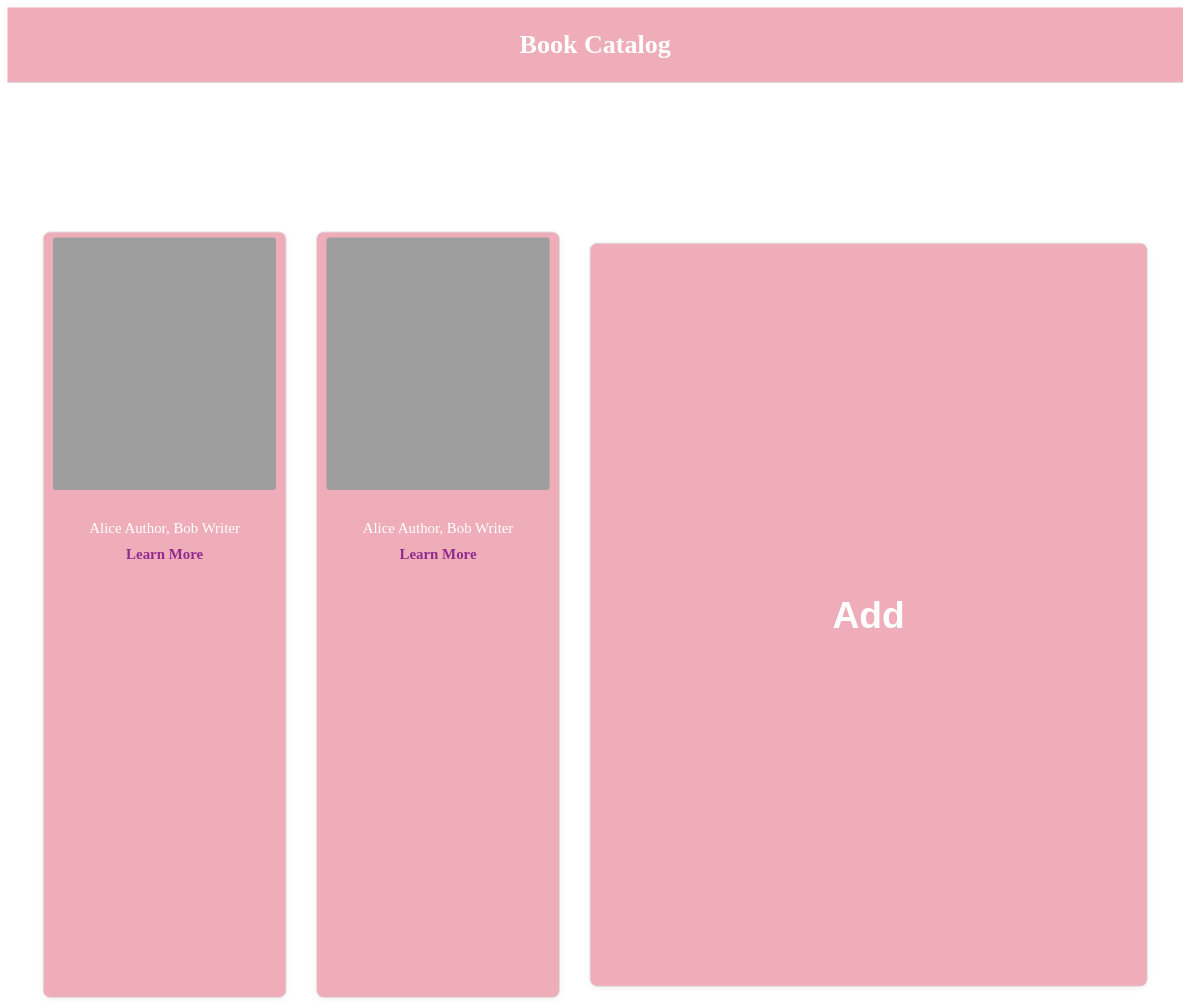
Repository: Micaelavalmores/BookCatalog
Page: /
These files come from the project's save history. The page is drawn as it stood at one moment and after a run of saves; the edit follows.
The browser window is 1280 px wide. The pictures show the whole page, at 93% of full size.
Pictures or frames that could not be fetched are drawn as grey boxes. The project was rebuilt for these pictures with package versions that can differ from the ones it lists, and the page was loaded fresh each time. Also part of the build but not shown: vite.config.js.

Above is the page before, as saved 2025-09-16 23:13:49.

After the next 2 saves:
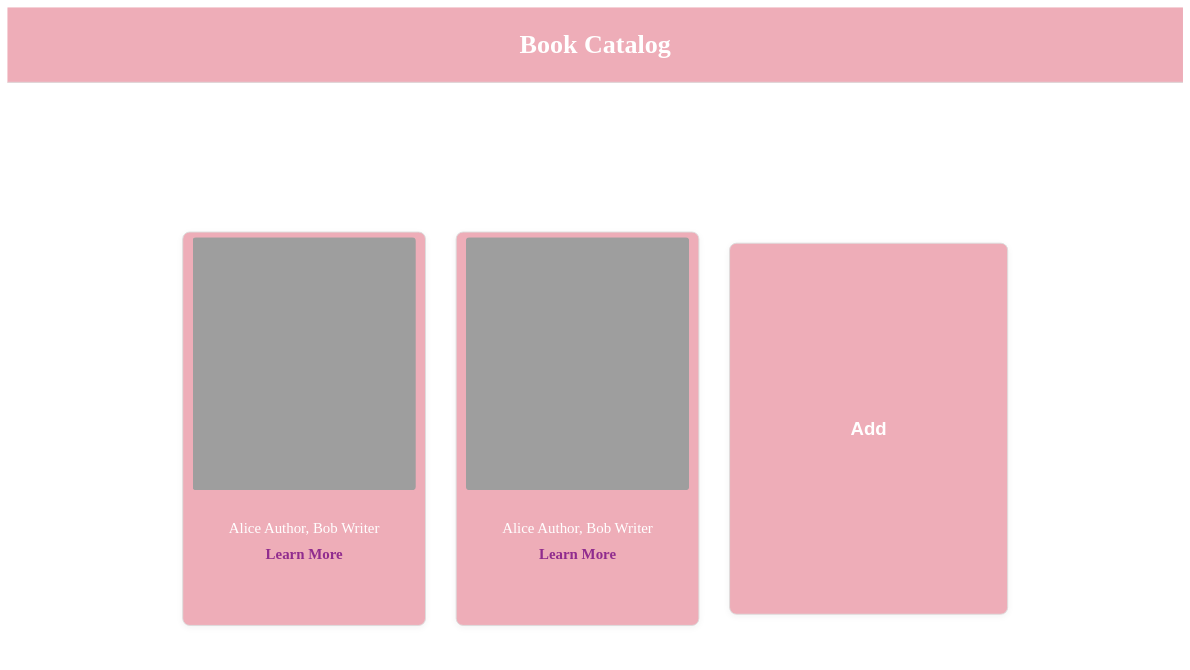
The 2 saves are shown as one change because they came seconds apart.
The last was saved 8 s later.
--- a/src/assets/AddComponent.css
+++ b/src/assets/AddComponent.css
@@ -2,7 +2,7 @@
     padding: 12px 24px;
     width: 15em;
     height: 20em;
-    font-size: 40px;
+    font-size: 20px;
     background-color: rgb(238, 173, 184);
     border: 1px solid #ddd;
     border-radius: 8px;
